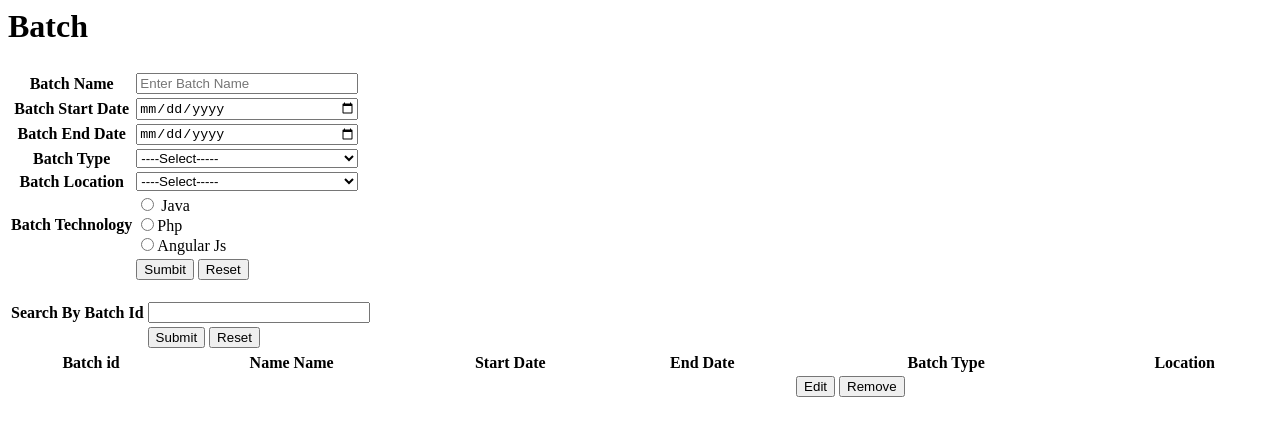
Repository: Dipak27/Dipak-s-front-end
Page: http://localhost/Traning_Management/batchcreate.jsp
The author's editor kept a copy of each file at every save. The page is drawn from the files as they stood at one save, then again after the next save.
The browser window is 1280 px wide. The pictures show the whole page.
The page is served by Tomcat 9. Other server files are loaded and not shown.

Above is the page before, as saved 2016-11-10 08:48:10.

### Training Management Project/Traning_Management/src/main/webapp/batchcreate.jsp
	<!-- CONTENTS START -->

		<div class="container_24" ng-controller="BatchController as bat">
			<div class="grid_24">

				<div class="contents">

					<div class="padding_20">
						<h1>Batch</h1>
					</div>
						<div class="grid_6 alpha">

								<div class="padding_20 text-justify">
									<form ng-submit="submit()">
									<table class="form-table" style="width:auto">


                        					<tr>
                        						<td><input type="hidden" ng-model="batch.batch_id"></td>
                        					</tr>
                        					<tr>
												<th>
														Batch Name
												</th>
												<td>
													<input id="batchname" type="text"  class="validate[required]" ng-model="bat.batch.batch_name" style="width:120%" placeholder="Enter Batch Name" value=""  />
												</td>

											</tr>

												<tr>
												<th>
														Batch Start Date
												</th>
												<td>
													<input id="batchstartdate" type="date"  class="validate[required]" ng-model="bat.batch.batch_start_date" style="width:120%"  value=""  />
												</td>

											</tr>
												<tr>
												<th>
														Batch End Date
												</th>
												<td>
													<input id="batchenddate" type="date"  class="validate[required]" ng-model="bat.batch.batch_end_date" style="width:120%" value=""  />
												</td>

											</tr>

										<tr>
											<th>
												Batch Type
											</th>
											<td>
												<select id="select1"  class="validate[required]" ng-model="bat.batch.batch_type" style="width:120%"  >
													<option value="null">----Select-----</option>
                                        			<option value="Technical">Technical</option>
                                        			<option value="softskill">Soft Skill</option>

												</select>
											</td>
										</tr>
										<tr>
											<th>
												Batch Location
											</th>
											<td>
												<select id="select1"  class="validate[required]" ng-model="bat.batch.batch_location" style="width:120%"  >
													<option value="null">----Select-----</option>
                                        			<option value="pune">Pune</option>
                                        			<option value="hyderabad">Hyderabad</option>
                                        			<option value="gandhinagar">Gandinagar</option>

												</select>
											</td>
										</tr>
										<tr>
												<th>
														Batch Technology
												</th>
												<td>
													<input type="radio" ng-model="bat.batch.batch_technology" value="java"> Java<br>
  													<input type="radio" ng-model="bat.batch.batch_technology" value="php">Php<br>
  													<input type="radio" ng-model="bat.batch.batch_technology" value="angularjs">Angular Js<br>
												</td>

											</tr>
										<tr>
											<th>
												&nbsp;
											</th>
											<td>
												<input id="Submit1" type="submit" value="Sumbit"  />
												<input id="Reset1" type="reset" value="Reset" onclick="this.form.clear();" />
											</td>
										</tr>

									</table>
								</form>
							</div>

						</div>

						<div class="grid_28 omega">

							<div class="padding_20 text-justify" ng-controller="">
								<form id="frmMain"  class="frmMain" ng-submit="submitsearch()">
									<table class="form-table" style="width:auto">

											<tr>
												<th>
													Search By Batch Id
												</th>
												<td><input type="text" class="validate[required]" ng-model="batch.batch_id" style="width:120%" value=""></td>

											</tr>

										<tr>
											<th>
												&nbsp;
											</th>
											<td>
												<input id= "Submit1" type="submit" value="Submit"/>
												<input id="Reset1" type="reset" value="Reset" onclick="this.form.clear();" />
										</td>
										</tr>


												<table border='0' width='100%' class='table11'>
												<tr>
														<th>Batch id</th>
														<th>Name Name</th>
														<th>Start Date</th>
														<th>End Date</th>
														<th>Batch Type</th>
														<th>Location</th>

												</tr>


													<tr ng-repeat="e in emp.employees">

														<td><span ng-bind="e.emp_id"></span></td>
							                              <td><span ng-bind="e.emp_name"></span></td>
							                              <td><span ng-bind="e.emp_email_id"></span></td>
							                              <td><span ng-bind="e.emp_location"></span></td>
							                              <td>
							                              <button type="button" ng-click="emp.edit(e.emp_id)" >Edit</button>
							                              <button type="button" ng-click="emp.remove(e.emp_id)">Remove</button>
							                              </td>


														</tr>

												     </table>


									</table>
								</form>
							</div>

						</div>


					<div class="clear"></div>
				</div>
			</div>
		</div>
		<div class="clear"> </div>

		<!-- CONTENTS END -->

After the next save:
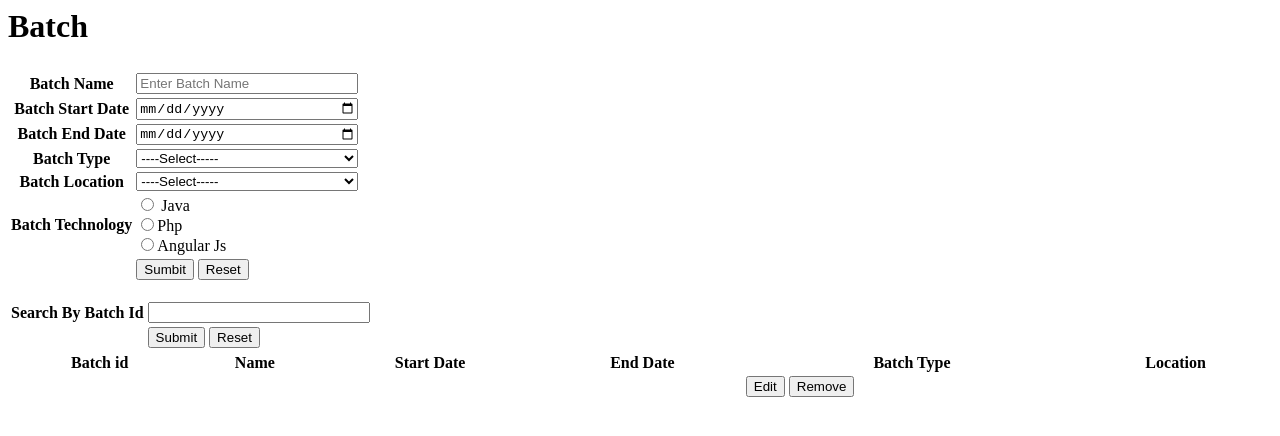
Saved 2 min 1 s later.
--- a/Training Management Project/Traning_Management/src/main/webapp/batchcreate.jsp
+++ b/Training Management Project/Traning_Management/src/main/webapp/batchcreate.jsp
@@ -129,7 +129,7 @@
 												<table border='0' width='100%' class='table11'>
 												<tr>
 														<th>Batch id</th>
-														<th>Name Name</th>
+														<th>Name</th>
 														<th>Start Date</th>
 														<th>End Date</th>
 														<th>Batch Type</th>
@@ -138,15 +138,15 @@
 												</tr>
 
 
-													<tr ng-repeat="e in emp.employees">
+													<tr ng-repeat="b in bat.batches">
 
-														<td><span ng-bind="e.emp_id"></span></td>
-							                              <td><span ng-bind="e.emp_name"></span></td>
-							                              <td><span ng-bind="e.emp_email_id"></span></td>
-							                              <td><span ng-bind="e.emp_location"></span></td>
+														<td><span ng-bind="b.batch_id"></span></td>
+							                              <td><span ng-bind="b.batch_name"></span></td>
+							                              <td><span ng-bind="b.batch_start_date"></span></td>
+							                              <td><span ng-bind="b.batch_end_date"></span></td>
 							                              <td>
-							                              <button type="button" ng-click="emp.edit(e.emp_id)" >Edit</button>
-							                              <button type="button" ng-click="emp.remove(e.emp_id)">Remove</button>
+							                              <button type="button" ng-click="bat.edit(b.batch_id)" >Edit</button>
+							                              <button type="button" ng-click="bat.remove(b.batch_id)">Remove</button>
 							                              </td>
 
 
